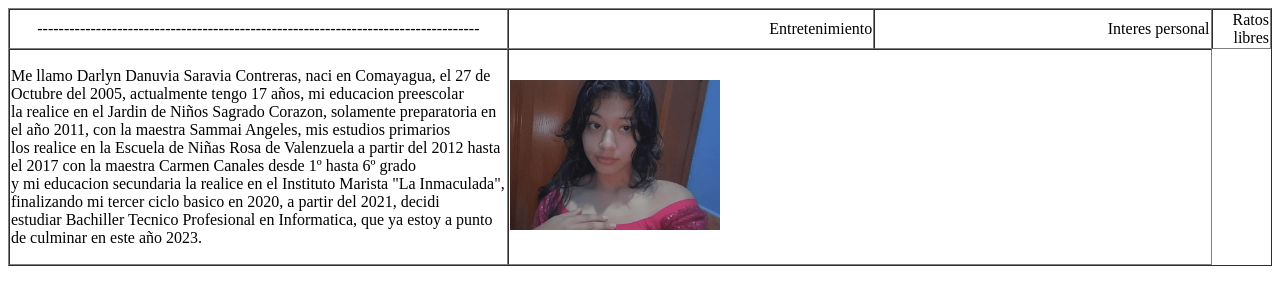
Repository: darlyn-saravia27/portafolio-darlynsaravia
Page: archivoshtml/tareas de html/index.html
These files come from the project's save history. The page is drawn as it stood at one moment and after the next save; the edit follows.
The browser window is 1280 px wide. The pictures show the whole page.

Above is the page before, as saved 2023-03-04 01:12:34.

After the next save:
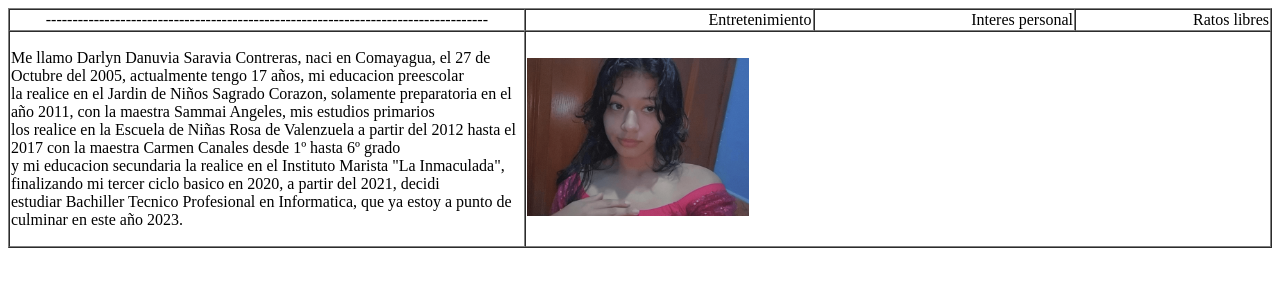
Saved 11 s later.
--- a/archivoshtml/tareas de html/index.html
+++ b/archivoshtml/tareas de html/index.html
@@ -27,7 +27,7 @@
                 Tecnico Profesional en Informatica, que ya estoy a punto de culminar en este año 2023.
             </p>
         </td>
-        <td colspan="2">
+        <td colspan="3">
             <img src="archivoshtml/foto.png" width="30%" height="auto">
     </tr>
 </body>
